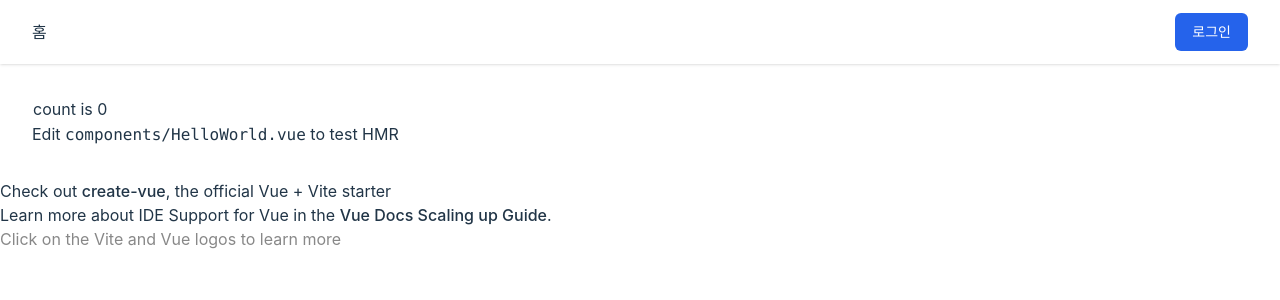
Repository: kksshh0612/pet-care-client
Page: /
The author's editor kept a copy of each file at every save. The page is drawn from the files as they stood at one save, then again after the next save.
The browser window is 1280 px wide. The pictures show the whole page.
The project was rebuilt for these pictures with package versions that can differ from the ones it lists, and the page was loaded fresh each time. Also part of the build but not shown: vite.config.js, src/components/MemberLogin.vue, src/components/FindId.vue, src/components/FindPassword.vue.

Above is the page before, as saved 2025-02-13 20:42:35.

### src/main.js
import { createApp } from 'vue'
import { createRouter, createWebHistory } from 'vue-router'
import App from './App.vue'
import './style.css'
import MemberLogin from './components/MemberLogin.vue'
import FindId from './components/FindId.vue'
import FindPassword from './components/FindPassword.vue'

const routes = [
  {
    path: '/',
    name: 'Home',
    component: () => import('./components/HelloWorld.vue')
  },
  {
    path: '/login',
    name: 'Login',
    component: MemberLogin
  },
  {
    path: '/find-id',
    name: 'FindId',
    component: FindId
  },
  {
    path: '/find-password',
    name: 'FindPassword',
    component: FindPassword
  }
]

const router = createRouter({
  history: createWebHistory(),
  routes
})

const app = createApp(App)
app.use(router)
app.mount('#app')

### src/App.vue
<script>
export default {
  name: 'App'
}
</script>

<template>
  <nav class="bg-white shadow">
    <div class="max-w-7xl mx-auto px-4 sm:px-6 lg:px-8">
      <div class="flex justify-between h-16">
        <div class="flex">
          <router-link to="/" class="flex-shrink-0 flex items-center">
            홈
          </router-link>
        </div>
        <div class="flex items-center">
          <router-link
            to="/login"
            class="ml-8 inline-flex items-center px-4 py-2 border border-transparent text-sm font-medium rounded-md text-white bg-blue-600 hover:bg-blue-700"
          >
            로그인
          </router-link>
        </div>
      </div>
    </div>
  </nav>

  <router-view></router-view>
</template>

<style scoped>
.logo {
  height: 6em;
  padding: 1.5em;
  will-change: filter;
  transition: filter 300ms;
}
.logo:hover {
  filter: drop-shadow(0 0 2em #646cffaa);
}
.logo.vue:hover {
  filter: drop-shadow(0 0 2em #42b883aa);
}
</style>

### src/style.css
:root {
  font-family: Inter, system-ui, Avenir, Helvetica, Arial, sans-serif;
  line-height: 1.5;
  font-weight: 400;

  color-scheme: light dark;
  color: rgba(255, 255, 255, 0.87);
  background-color: #242424;

  font-synthesis: none;
  text-rendering: optimizeLegibility;
  -webkit-font-smoothing: antialiased;
  -moz-osx-font-smoothing: grayscale;
}

a {
  font-weight: 500;
  color: #646cff;
  text-decoration: inherit;
}
a:hover {
  color: #535bf2;
}

body {
  margin: 0;
  min-width: 320px;
  min-height: 100vh;
  background-color: #ffffff;
  color: #213547;
}

h1 {
  font-size: 3.2em;
  line-height: 1.1;
}

button {
  border-radius: 8px;
  border: 1px solid transparent;
  padding: 0.6em 1.2em;
  font-size: 1em;
  font-weight: 500;
  font-family: inherit;
  background-color: #1a1a1a;
  cursor: pointer;
  transition: border-color 0.25s;
}
button:hover {
  border-color: #646cff;
}
button:focus,
button:focus-visible {
  outline: 4px auto -webkit-focus-ring-color;
}

.card {
  padding: 2em;
}

#app {
  width: 100%;
  margin: 0 auto;
}

@media (prefers-color-scheme: light) {
  :root {
    color: #213547;
    background-color: #ffffff;
  }
  a:hover {
    color: #747bff;
  }
  button {
    background-color: #f9f9f9;
  }
}

@tailwind base;
@tailwind components;
@tailwind utilities;

Loaded but not shown: index.html (common file); src/components/HelloWorld.vue (common file); tailwind.config.js (common file)

After the next save:
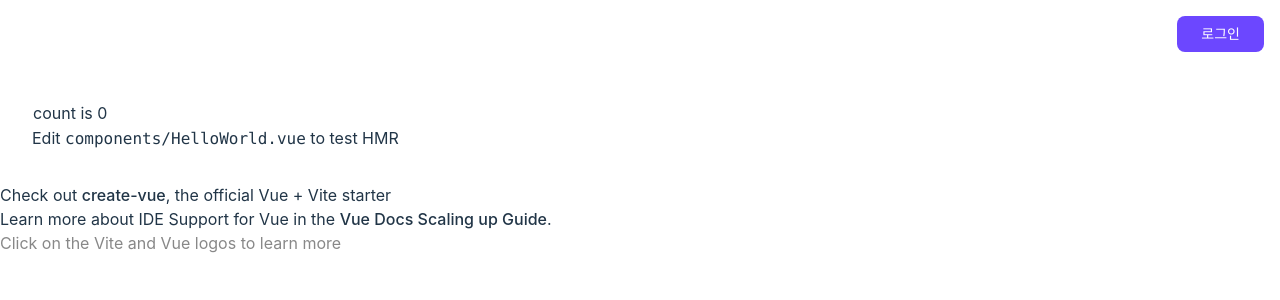
Saved 2 min 57 s later.
--- a/src/App.vue
+++ b/src/App.vue
@@ -1,31 +1,28 @@
 <script>
 export default {
-  name: 'App'
+  name: 'App',
+  computed: {
+    isLoginPage() {
+      return this.$route.path === '/login'
+    }
+  }
 }
 </script>
 
 <template>
-  <nav class="bg-white shadow">
-    <div class="max-w-7xl mx-auto px-4 sm:px-6 lg:px-8">
-      <div class="flex justify-between h-16">
-        <div class="flex">
-          <router-link to="/" class="flex-shrink-0 flex items-center">
-            홈
-          </router-link>
-        </div>
-        <div class="flex items-center">
-          <router-link
-            to="/login"
-            class="ml-8 inline-flex items-center px-4 py-2 border border-transparent text-sm font-medium rounded-md text-white bg-blue-600 hover:bg-blue-700"
-          >
-            로그인
-          </router-link>
-        </div>
-      </div>
-    </div>
-  </nav>
+  <div>
+    <!-- 네비게이션 바 -->
+    <nav v-if="!isLoginPage" class="p-4 flex justify-end">
+      <router-link
+        to="/login"
+        class="px-6 py-2 bg-[#6C47FF] text-white rounded-lg text-sm font-medium hover:bg-[#5835FF] transition-colors"
+      >
+        로그인
+      </router-link>
+    </nav>
 
-  <router-view></router-view>
+    <router-view />
+  </div>
 </template>
 
 <style scoped>
